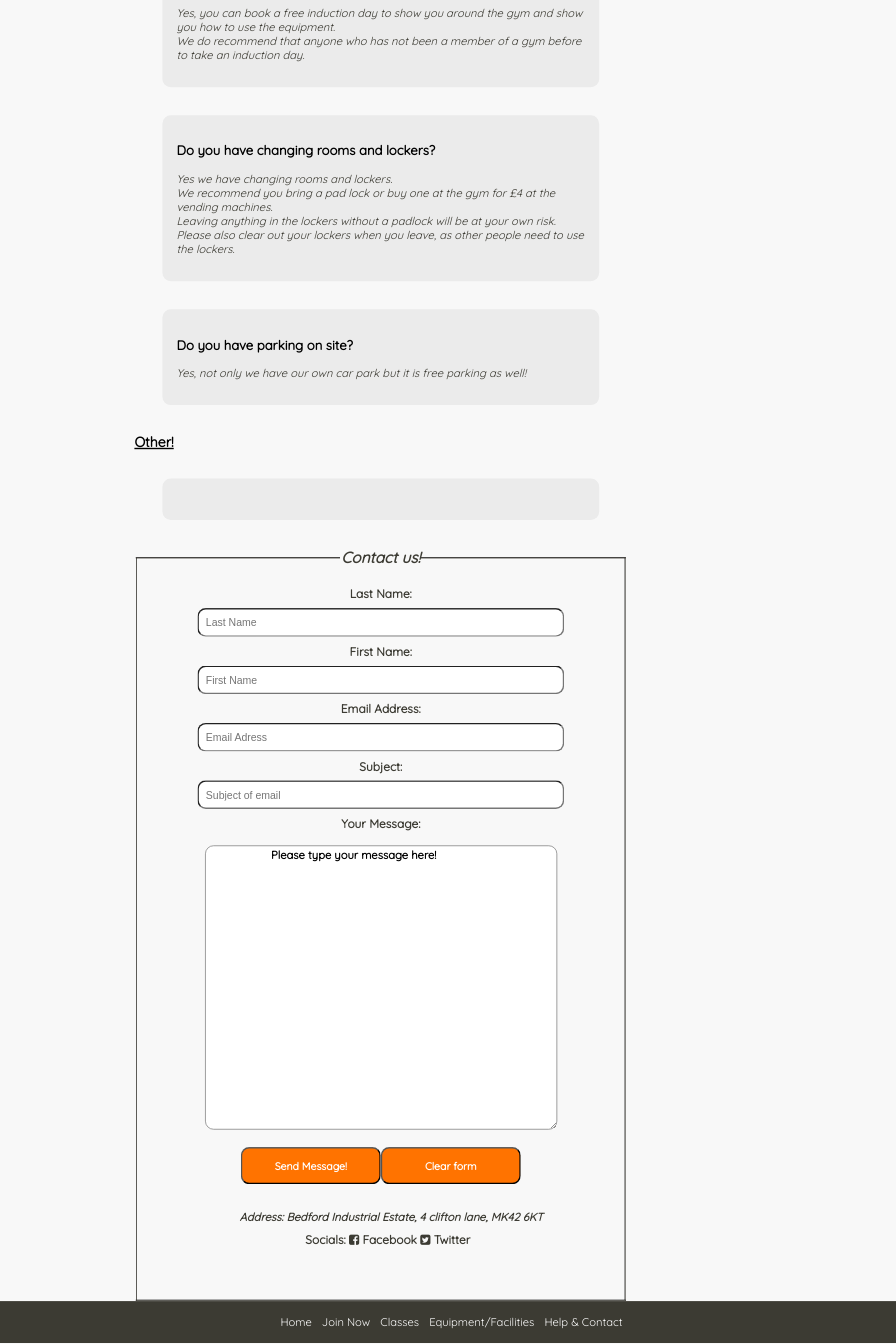
Repository: RicardoAzuul/the_fitness_hub
Page: help_and_contact.html
The author's editor kept a record of every edit. The page is drawn from the files as they stood at one moment, then again after the next edit.
The browser window is 1280 px wide. The pictures show the part of the page from y = 1214 to 3134 px (the page is 3134 px tall), at 70% of full size.
Some web fonts or font styles are not loaded; a fallback is used.

Above is the page before.

### help_and_contact.html
<!DOCTYPE html>
<html>
    <head>
        <meta charset="UTF-8">
        <meta name="viewport" content="width=device-width, initial-scale=1.0">
        <meta http-equiv="X-UA-Compatible" content="ie=edge">
        <title>The Fitness Hub</title>
        <link rel="stylesheet" href="https://cdnjs.cloudflare.com/ajax/libs/font-awesome/4.7.0/css/font-awesome.min.css">
        <link rel="stylesheet" href="css/style.css" type="text/css">
        <link href="https://fonts.googleapis.com/css?family=Livvic&display=swap" rel="stylesheet">
        <link href="https://fonts.googleapis.com/css?family=Quicksand&display=swap" rel="stylesheet">
        <link href="https://fonts.googleapis.com/css?family=Turret+Road&display=swap" rel="stylesheet">
    </head>
    <body>
        <header>
            <div class="navbar">
           <div class="dropdown">
           <button class="dropbtn">Menu
           <i class="fa fa-bars"></i>
           </button>
           <div class="dropdown-content">
           <a href="index.html">Home</a>
           <a href="join_now.html">Join Now</a>
           <a href="classes.html">Classes</a>
           <a href="equipment.html">Equipment/Facilities</a>
           <a href="help_and_contact.html">Help & Contact</a>
           </div>
           </div>
           <a href="index.html" class="logo"><b style="font-size: 20px;color: white;">The Fitness Hub
           <i class="fa fa-heartbeat"></i></b>
           </a>
           <div class="front-social">
           <i class="fa fa-facebook-square"></i>
           <i class="fa fa-instagram"></i>
           <i class="fa fa-twitter-square"></i>
           </div>
           </div>
           <ul>
           <li><a class="active" href="index.html">Home</a></li>
           <li><a class="side" href="#c1">Joining the gym!</a></li>
           <li><a class="side" href="#c2">Equipment/ Facilities!</a></li>
           <li><a class="side" href="#c3">Other!</a></li>
          </ul>
        </header>
            <div class="container-fluid">
            <h2 class="center">The Fitness Hub Help Center!</h2>
            <br><br>
            <p class="Warning2">Below are the most frequent asked questions.<br>
            If you have a question that is not below, please contact us via our contact form below.<br>
            Replies within 24 hours.</p>
            <br><br>

             <section>
                <h3 id="c1" class="underline">Joining the gym!</h3>
                <div class="help">
                    <h3 class="question">How do I join the Gym?</h3>
                    <p>You want to join the gym? Don't worry we have made it easy for you.You can join online by clicking on join now and fill out the form.<br>
                    Once you filled out the form you will receive an email with your pin number.<br>
                    You can also apply at the gym at the kiosk.</p>
                </div>
                <div class="help">
                    <h3 class="question">How old do I need to be to start the gym?</h3>
                    <p>The minimum age to start at the gym is 16 years old.<br>
                    Age 16 to 17 years old have to do an induction day on your first start day at the gym.</p>
                </div>
                <div class="help">
                    <h3 class="question">Can I cancel my membership at any time?</h3>
                    <p>This is a no contract gym, so you can leave any time with no notice and no cancelling fee.</p>
                </div>
                <h3 id="c2" class="underline">Equipment/ Facilities!</h3>
                <div class="help">
                    <h3 class="question">Will I be shown how to use the equipment?</h3>
                    <p>Yes, you can book a free induction day to show you around the gym and show you how to use the equipment.<br>
                    We do recommend that anyone who has not been a member of a gym before to take an induction day.</p>
                </div>
                <div class="help">
                    <h3 class="question">Do you have changing rooms and lockers?</h3>
                    <p>Yes we have changing rooms and lockers.<br>
                    We  recommend you bring a pad lock or buy one at the gym for £4 at the vending machines.<br>
                    Leaving anything in the lockers without a padlock will be at your own risk.<br>
                    Please also clear out your lockers when you leave, as other people need to use the lockers.</p>
                </div>
                <div class="help">
                    <h3 class="question">Do you have parking on site?</h3>
                    <p>Yes, not only we have our own car park but it is free parking as well!</p>
                </div>
                <h3 id="c3" class="underline">Other!</h3>
                <div class="help">
                    <h3 class="question"></h3>
                </div>
        </section>
        <section>
            <form>
                <fieldset>
                    <legend>Contact us!</legend><br>
                    Last Name:<br>
                    <input type="text" name="lastname" placeholder="Last Name" required="required"><br>
                    First Name:<br>
                    <input type="text" name="firstname" placeholder="First Name" required="required"><br>
                    Email Address:<br>
                    <input type="email" name="email" placeholder="Email Adress" required="required"><br>
                    Subject:<br>
                    <input type="text" name="subject" placeholder="Subject of email" required="required"><br>
                    Your Message:<br><br>
                    <textarea rows="20" cols="60" placeholder="Type your message in here!">
                     Please type your message here!


                    </textarea>
                    <br><br>
                    <button type="send" onclick="alert('Your message has been sent! We try and respond in 2 hours.')">Send Message!</button><button type="reset">Clear form</button>
                    <br><br>
                    <p class="address_socials"><b>Address:</b> Bedford Industrial Estate, 4 clifton lane, MK42 6KT</p>
                    <div class="social">
                    <b>Socials:</b>
                    <i class="fa fa-facebook-square"></i> Facebook
                    <i class="fa fa-twitter-square"></i> Twitter
                    </div></p>
                </fieldset>
            </form>
            </div>

        </section>
        <footer>
            <div id="footer-details" class="row">
            <a href="index.html">Home</a>
           <a href="join_now.html">Join Now</a>
           <a href="classes.html">Classes</a>
           <a href="equipment.html">Equipment/Facilities</a>
           <a href="help_and_contact.html">Help & Contact</a>
        </footer>
        </body>
        </html>

Loaded but not shown: css/style.css (1271 lines, source omitted)

After the next edit:
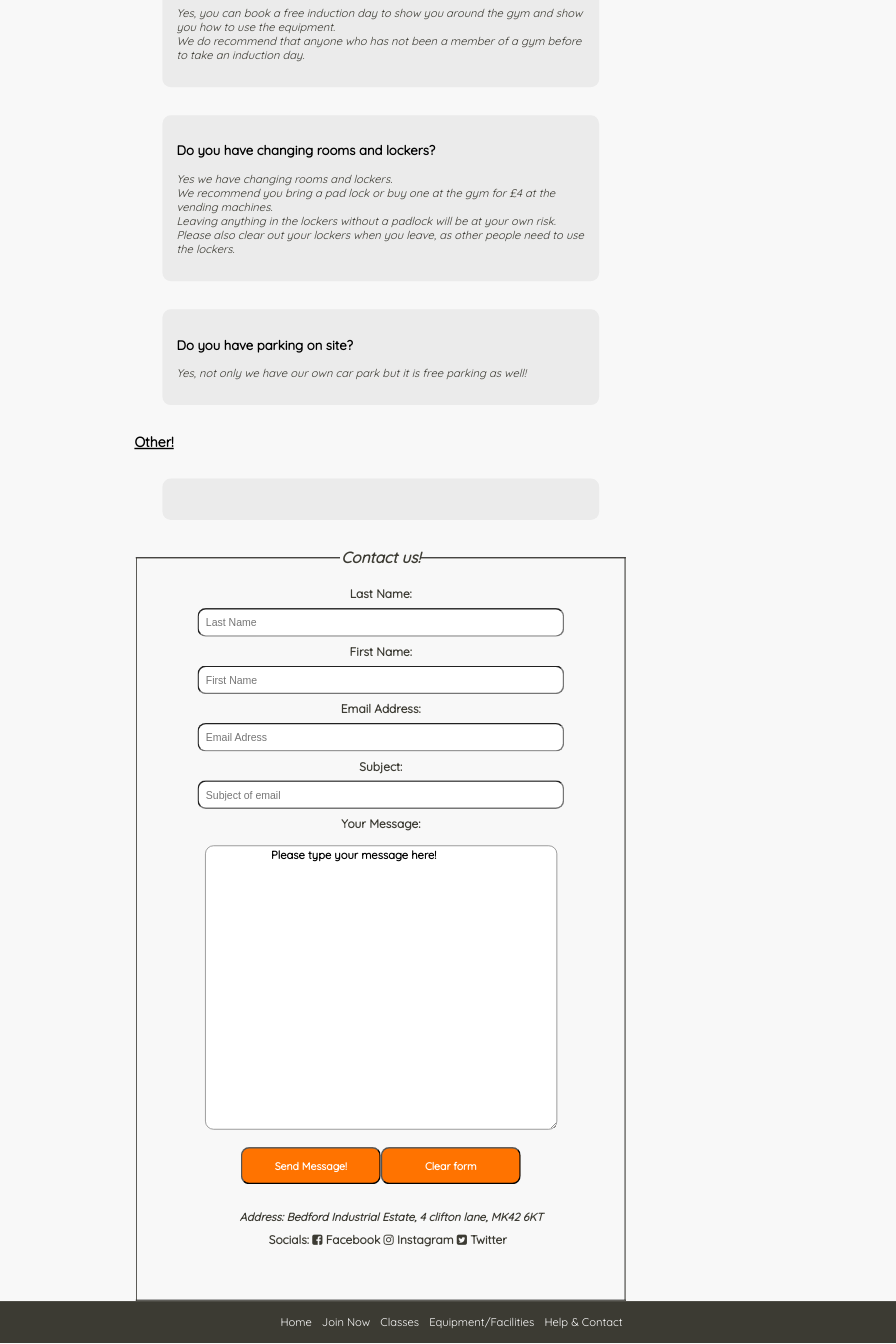
The edit:
--- a/help_and_contact.html
+++ b/help_and_contact.html
@@ -114,6 +114,7 @@
                     <div class="social">
                     <b>Socials:</b>
                     <i class="fa fa-facebook-square"></i> Facebook
+                    <i class="fa fa-instagram"></i> Instagram
                     <i class="fa fa-twitter-square"></i> Twitter
                     </div></p>
                 </fieldset>
